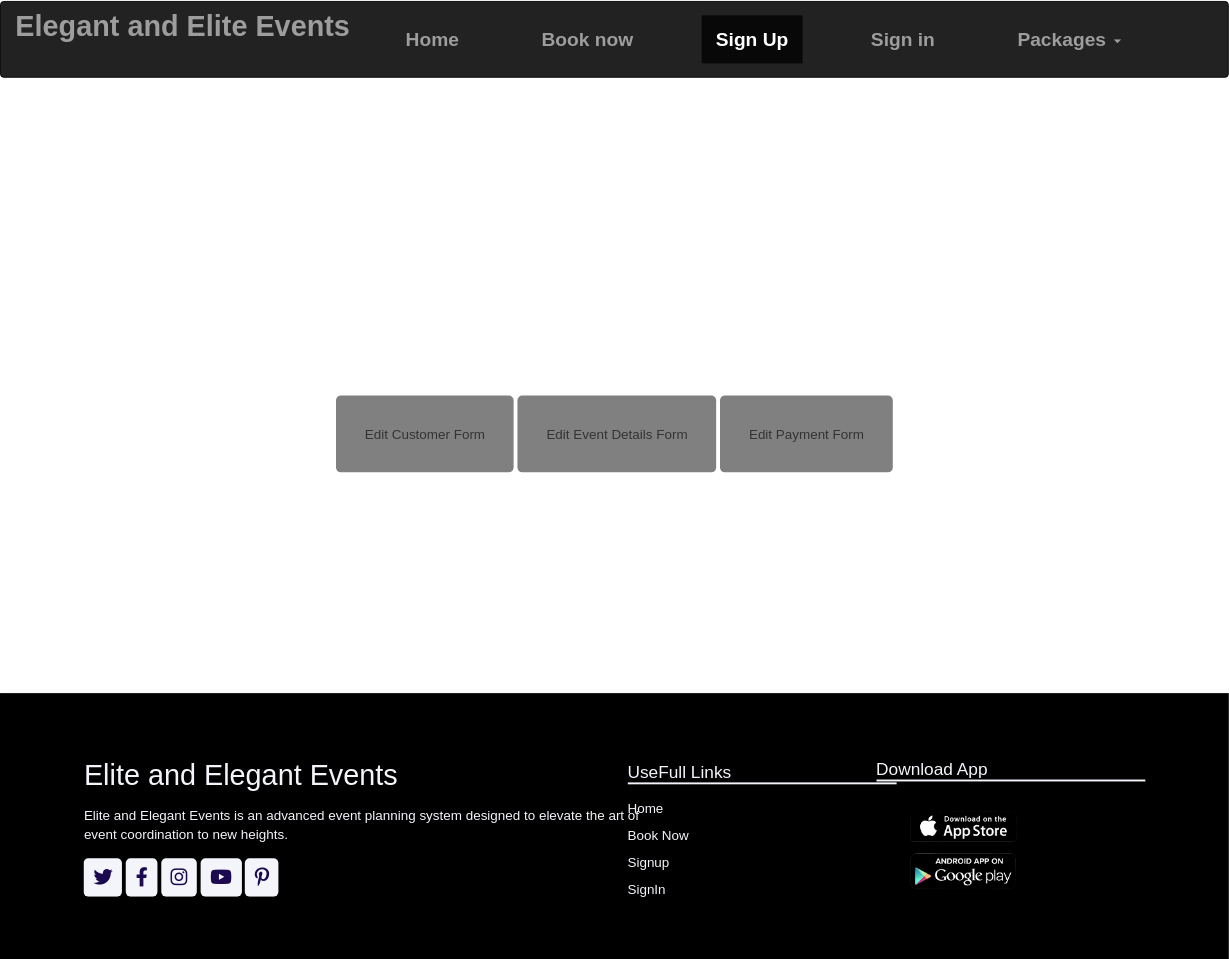
Repository: it22272690/Event-Planning-System
Page: http://localhost/PaymentDemo/useraccount.jsp
An editor plug-in stored every save of this project. The page is shown before and after the next save, followed by the edit.
The browser window is 1280 px wide. The pictures show the whole page, at 96% of full size.
Some web fonts or font styles are not loaded; a fallback is used. The page is served by Tomcat 10.

Above is the page before, as saved 2023-10-24 09:06:06.

After the next save:
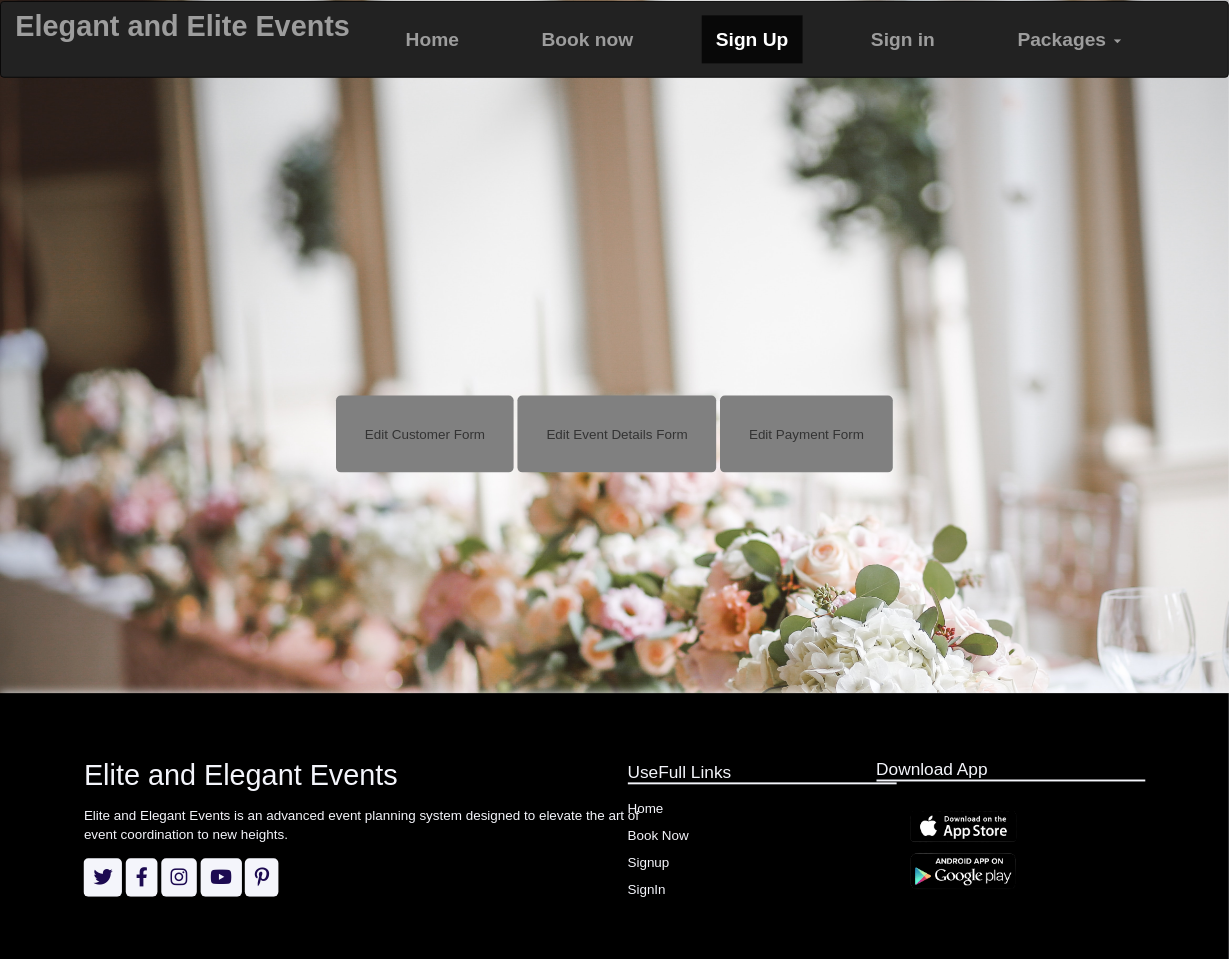
Saved 16 s later.
--- a/PaymentDemo/src/main/webapp/useraccount.jsp
+++ b/PaymentDemo/src/main/webapp/useraccount.jsp
@@ -88,6 +88,35 @@
                 <button id="edit-payment">Edit Payment Form</button>
             </div>
         </div>
-       <%@include file="Footer.jsp" %>
+       <footer id="footer">
+    <div class="footer-content">
+        <div class="row" id="row1">
+            <a href="#" id="footer-logo">Elite and Elegant Events</a>
+            <p>Elite and Elegant Events is an advanced event planning system designed to elevate the art of event coordination to new heights.</p>
+            <div class="socail-links">
+                <i class="fa-brands fa-twitter"></i>
+                <i class="fa-brands fa-facebook-f"></i>
+                <i class="fa-brands fa-instagram"></i>
+                <i class="fa-brands fa-youtube"></i>
+                <i class="fa-brands fa-pinterest-p"></i>
+            </div>
+        </div>
+        <div class="row" id="row2">
+            <h3>UseFull Links</h3>
+            <ul>
+                <li><a href="#">Home</a></li>
+                <li><a href="#">Book Now</a></li>
+                <li><a href="#">Signup</a></li>
+                <li><a href="#">SignIn</a></li>
+
+            </ul>
+        </div>
+
+        <div class="row" id="row4">
+            <h3>Download App</h3>
+            <img src="images/app.png" alt="foot">
+        </div>
+    </div>
+</footer>
     </body>
 </html>
